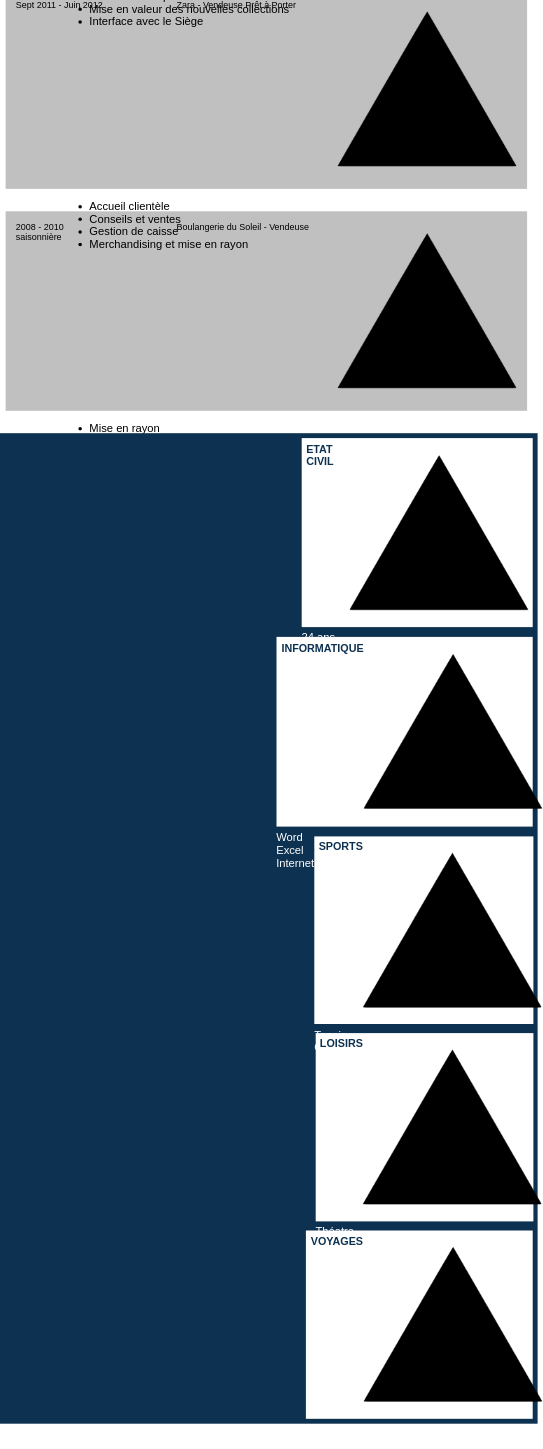
Repository: evalwebmeteofullstack/Gestion_meteo
Page: Notes/Exercices/static/ExoCV/CV.html
These files come from the project's save history. The page is drawn as it stood at one moment and after the next save; the edit follows.
The browser window is 768 px wide. The page is 775 px wide, then 768 px, so the pictures cover 775 px, including what lies to the right of the window. The pictures show the part of the page from y = 747 to 2987 px (the page is 2817 px tall before and 2987 px after), at 70% of full size.

Above is the page before, as saved 2019-01-29 16:20:19.

### Notes/Exercices/static/ExoCV/CV.html
<!DOCTYPE html5>
<link rel="stylesheet" type="text/css" type="text/css"
	href="StyleCV.css" />
<meta charset="ISO-8859-1">
<meta name="viewport"
	content="user-scalable=no,initial-scale=1, minimum-scale=1, maximum-scale=1, width=device-width">
<html lang="fr">
<head>
<title>CV Alexandra Billu</title>
</head>
<body>
	<!-- *********************************************************************************** -->
	<!-- 								PREMIERE DIV 										-->
	<!-- *********************************************************************************** -->
	<header id="titre">
		<h1>Responsable Point de Vente Prêt à Porter</h1>
	</header>
	<!-- *********************************************************************************** -->
	<!-- 								DEUXIEME DIV 										-->
	<!-- *********************************************************************************** -->
	<div id="divID">
		<header id="imgObe">
			<img src="../Images/obelix-little.gif" />
		</header>
		<article>
			<header>
				<h2>Obelix POTTER</h2>
			</header>
			<p>12, rue Saint-Rome - 31000 Toulouse</p>
			<p>05 61 06 06 06</p>
			<p>06 62 43 56 12</p>
			<p>alex21.billu@gmail.com</p>
		</article>
	</div>
	<!-- *********************************************************************************** -->
	<!-- 								TROISIEME DIV 										-->
	<!-- *********************************************************************************** -->
	<div id="divPro">
		<!-- *********************************************************************************** -->
		<!-- 								SECTION 1 										-->
		<!-- *********************************************************************************** -->
		<section>
			<header>
				<h2>FORMATION</h2>
			</header>
			<article>
				<header>
					<span>Sept 2012 - Juin 2014</span> <span><b>BTS Commerce</b></span>
				</header>
				<p>En alternance à Toulouse</p>
			</article>
			<br />
			<article>
				<header>
					<span>Sept 2010 - Juin 2011</span> <span><b>Baccalauréat
							STMG</b></span>
				</header>
				<p>Lycée Emilie de Rodat à Toulouse</p>
			</article>
		</section>
		<!-- *********************************************************************************** -->
		<!-- 								SECTION 2 										-->
		<!-- *********************************************************************************** -->
		<section id="sectExp">
			<header>
				<h2>EXPERIENCES PROFESSIONNELLES</h2>
			</header>
			<article>
				<label for="CkExp1">
					<span>Jan 2014 - Juin 2014</span> <span>Desigual -
						Responsable Point de Vente</span><img class="triangle"
						src="../Images/triangle-png-6.png">
				</label>
				<input type="checkbox" id="CkExp1">
				<ul id="Ul1">
					<li>Encadrement des 6 vendeuses</li>
					<li>Gestion de l'espace de vente</li>
					<li>Mise en valeur des nouvelles collections</li>
					<li>Interface avec le Siège</li>
				</ul>
			</article>
			<article>
				<label for="CkExp2">
					<span>Sept 2011 - Juin 2012</span> <span>Zara - Vendeuse
						Prêt à Porter</span><img class="triangle"
						src="../Images/triangle-png-6.png">
				</label>
				<input type="checkbox" id="CkExp2">
				<ul id="Ul2">
					<li>Accueil clientèle</li>
					<li>Conseils et ventes</li>
					<li>Gestion de caisse</li>
					<li>Merchandising et mise en rayon</li>
				</ul>
			</article>
			<article>
				<label for="CkExp3">
					<span>2008 - 2010 <br />saisonnière
					</span> <span>Boulangerie du Soleil - Vendeuse</span> <img
						class="triangle" src="../Images/triangle-png-6.png">
				</label>
				<input type="checkbox" id="CkExp3">
				<ul id="Ul3">
					<li>Mise en rayon</li>
					<li>Vente</li>
					<li>Gestion de caisse</li>
				</ul>
			</article>
		</section>
	</div>
	<!-- *********************************************************************************** -->
	<!-- 								QUATRIEME DIV 										-->
	<!-- *********************************************************************************** -->
	<div id="divDivers">
		<!-- **********************************************************************************-->
		<!-- 								SECTION 1								-->
		<!-- *********************************************************************************** -->
		<article>
			<label for="CkCiv">ETAT CIVIL<img class="triangle"
				src="../Images/triangle-png-6.png">
			</label> <input type="checkbox" id="CkCiv">
			<div id="divPCiv">
				<p>24 ans</p>
				<p>Nationalité Française</p>
				<p>Permis B</p>
			</div>
		</article>
		<article>
			<label for="CkInfo">INFORMATIQUE<img class="triangle"
				src="../Images/triangle-png-6.png">
			</label> <input type="checkbox" id="CkInfo">
			<div id="divPInfo">
				<p>Word</p>
				<p>Excel</p>
				<p>Internet</p>
			</div>
		</article>
		<article>
			<label for="CkSport">SPORTS<img class="triangle"
				src="../Images/triangle-png-6.png">

			</label> <input type="checkbox" id="CkSport">
			<div id="divPSport">
				<p>Tennis</p>
				<p>Golf</p>
			</div>
		</article>
		<article>
			<label for="CkLoisir">LOISIRS<img class="triangle"
				src="../Images/triangle-png-6.png">
			</label><input type="checkbox" id="CkLoisir">
			<div id="divPLoisir">
				<p>Théatre</p>
				<p>Cinéma</p>
			</div>
		</article>
		<article>
			<label for="CkVoyage"> VOYAGES<img class="triangle"
				src="../Images/triangle-png-6.png">
			</label><input type="checkbox" id="CkVoyage">
			<div id="divPVoyage">
				<p>Brésil</p>
				<p>Australie</p>
				<p>Argentine</p>
			</div>
		</article>
	</div>
</body>
</html>

### Notes/Exercices/static/ExoCV/StyleCV.css
* {
	box-sizing: border-box;
}

body {
	display: flex;
	flex-direction: row;
	flex-wrap: wrap;
	justify-content: flex-end;
	width: 100%;
	margin: 0;
	font-family: sans-serif;
}

p {
	margin: 0%;
}

h1 {
	margin: 0;
}

#imgObe {
	text-align: center;
}

#imgObe img {
	border: 0.3em solid #c0c0c0;
	border-radius: 0.4em;
}

#titre {
	width: 80%;
	font-size: 1.5em;
	padding-left: 1%;
	margin-bottom: 18%;
}

#divID {
	display: flex;
	flex-direction: column;
	width: 20%;
	background-color: #0D3150;
	color: #ffffff;
	border-bottom: 2px solid #c0c0c0;
	padding-bottom: 1%;
	padding-top: 1%;
	padding-left: 1%;
}

#divID article {
	padding-top: 1%;
}

#divPro {
	display: flex;
	flex-direction: column;
	width: 80%;
	margin-top: -18%;
	padding-left: 1%;
	padding-right: 2%;
	left: 0;
}

#divPro p {
	margin-left: 10em;
}

div section h2 {
	color: #ffffff;
	background-color: #0D3150;
	padding-left: 1%;
	font-size: 1.8em;
}

#sectExp article label {
	background-color: #c0c0c0;
	display: flex;
	flex-direction: row;
}

#sectExp article span {
	width: 70%;
}

#sectExp article ul {
	margin-left: 5em;
}

#divDivers {
	display: flex;
	flex-direction: column;
	width: 20%;
	background-color: #0D3150;
	color: #ffffff;
	padding-left: 1%;
}

#divDivers label {
	color: #0D3150;
	background-color: #ffffff;
	margin-right: 2%;
	padding-left: 1%;
	font-size: 1.2em;
	font-weight: bold;
}

.triangle {
	height: 0;
	opacity: 0;
}

input[type=checkbox] {
	display: none;
}

@media screen and (min-width : 250px) and (max-width: 900px) {
	body {
		display: flex;
		flex-direction: column;
		font-size: 0.8em;
	}
	#divPro section header h2 {
		color: #ffffff;
		background-color: #0D3150;
		padding-left: 2%;
		font-size: 1.5em;
	}
	#sectExp article label {
		padding: 2%;
		margin-top: 2%;
		margin-bottom: 2%;
	}
	#imgObe {
		text-align: right;
		margin-right: 1%;
		background-color: pink;
	}
	#imgObe img {
		max-width: 100%;
		height: auto;
	}
	#titre {
		font-size: 1.2em;
		width: 100%;
		margin-bottom: 0%;
	}
	#divID {
		display: flex;
		flex-direction: row-reverse;
		justify-content: flex-end;
		width: 100%;
		color: black;
		background-color: #ffffff;
		border-bottom: 0;
	}
	#divID article {
		width: 80%;
	}
	#divID article header {
		color: #ffffff;
		background-color: #0D3150;
		padding-left: 2%;
		font-size: 1em;
	}
	#divPro {
		width: 100%;
		margin-top: 0%;
	}
	#divDivers {
		width: 100%;
		align-items: flex-end;
	}
	#divDivers label {
		display: flex;
		justify-content: space-between;
		padding: 2%;
		margin-top: 2%;
		margin-bottom: 2%;
	}
	#sectExp article header {
		padding-right: 1%;
	}
	.triangle {
		height: 2%;
		opacity: 1;
	}
	#sectExp article
	#Ul1, #Ul2, #Ul3 {
		height: 0px;
		transition: 0.5s;
		visibility: hidden;
	}
	#CkExp1:checked+#Ul1 {
		/*display: flex;
		flex-direction: column;*/
		height: 60px;
		/*opacity: 1;*/
		transition: 1s;
		visibility: visible;
	}
	#CkExp2:checked+#Ul2 {
		height: 60px;
		/*opacity: 1;*/
		transition: 1s;
		visibility: visible;
	}
	#CkExp3:checked+#Ul3 {
		height: 60px;
		/*opacity: 1;*/
		transition: 1s;
		visibility: visible;
	}
	#divDivers article
	#divPCiv, #divPInfo, #divPSport, #divPLoisir, #divPVoyage {
		height: 0px;
		transition: 0.5s;
		visibility: hidden;
	}
	#CkCiv:checked+#divPCiv {
		height: 60px;
		/*opacity: 1;*/
		transition: 1s;
		visibility: visible;
	}
	#CkInfo:checked+#divPInfo {
		height: 60px;
		/*opacity: 1;*/
		transition: 1s;
		visibility: visible;
	}
	#CkSport:checked+#divPSport {
		height: 60px;
		/*opacity: 1;*/
		transition: 1s;
		visibility: visible;
	}
	#CkLoisir:checked+#divPLoisir {
		height: 60px;
		/*opacity: 1;*/
		transition: 1s;
		visibility: visible;
	}
	#CkVoyage:checked+#divPVoyage {
		height: 60px;
		/*opacity: 1;*/
		transition: 1s;
		visibility: visible;
	}
}

After the next save:
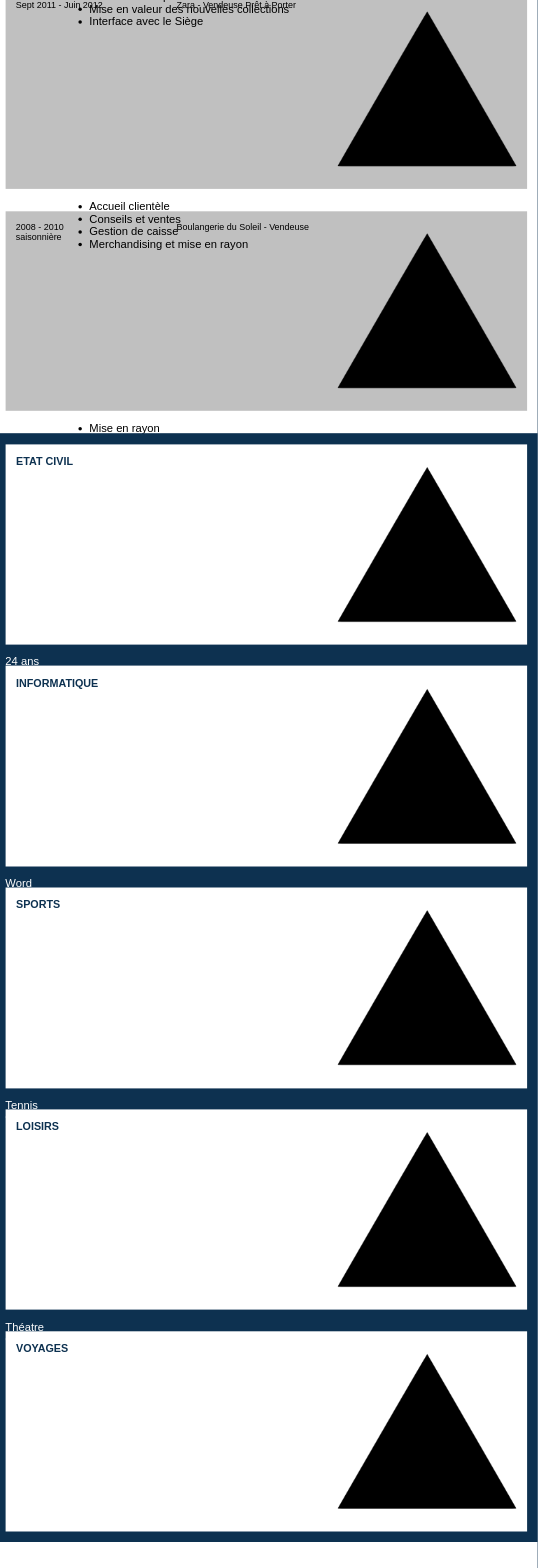
Saved 19 s later.
--- a/Notes/Exercices/static/ExoCV/StyleCV.css
+++ b/Notes/Exercices/static/ExoCV/StyleCV.css
@@ -169,7 +169,6 @@ input[type=checkbox] {
 	}
 	#divDivers {
 		width: 100%;
-		align-items: flex-end;
 	}
 	#divDivers label {
 		display: flex;
